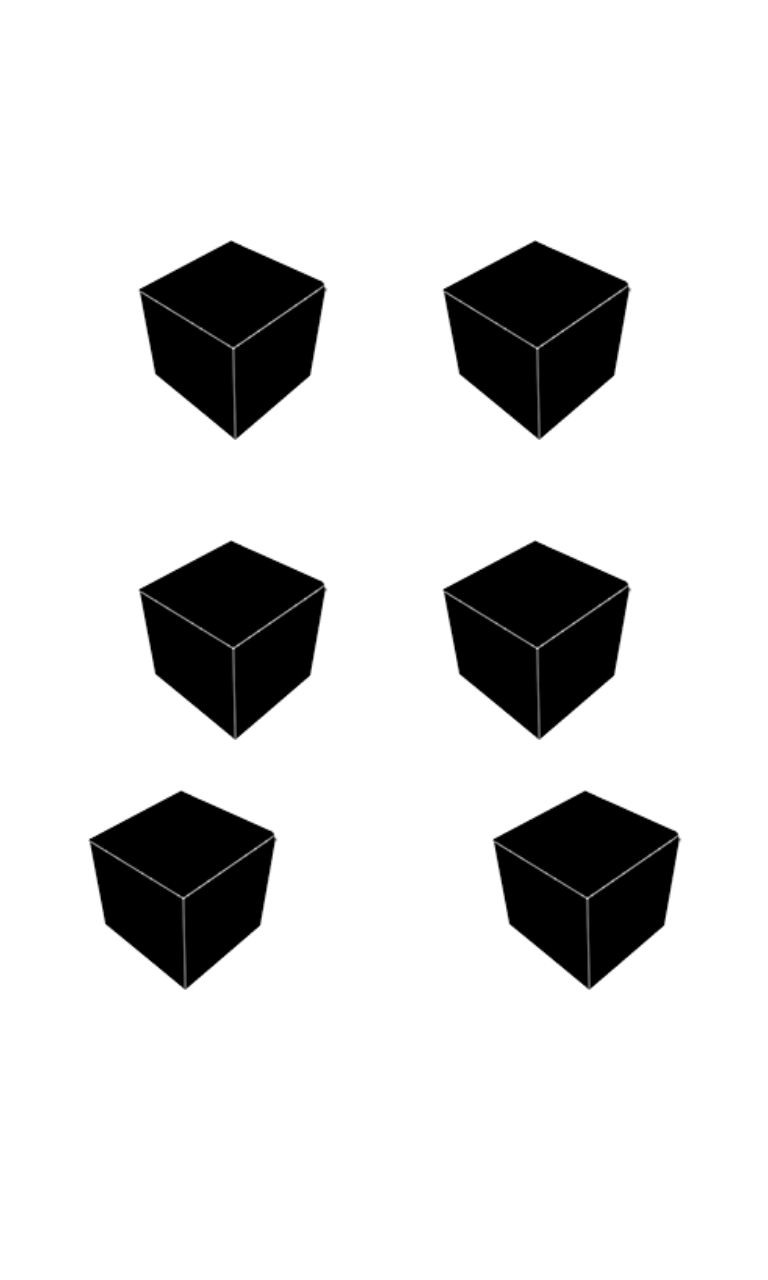
Repository: DSKarramba/university
Layout: models_and_methods_ICS/lab_01/code/calc/res/layout/activity_main.xml
These files come from the project's save history. The layout is drawn as it stood at one moment and after the next save; the edit follows.
It is drawn on a 768 x 1280 px phone screen (xhdpi) without system bars, with theme AppTheme; the app's code is not run.

Above is the layout before, as saved 2014-12-11 03:42:51.

After the next save:
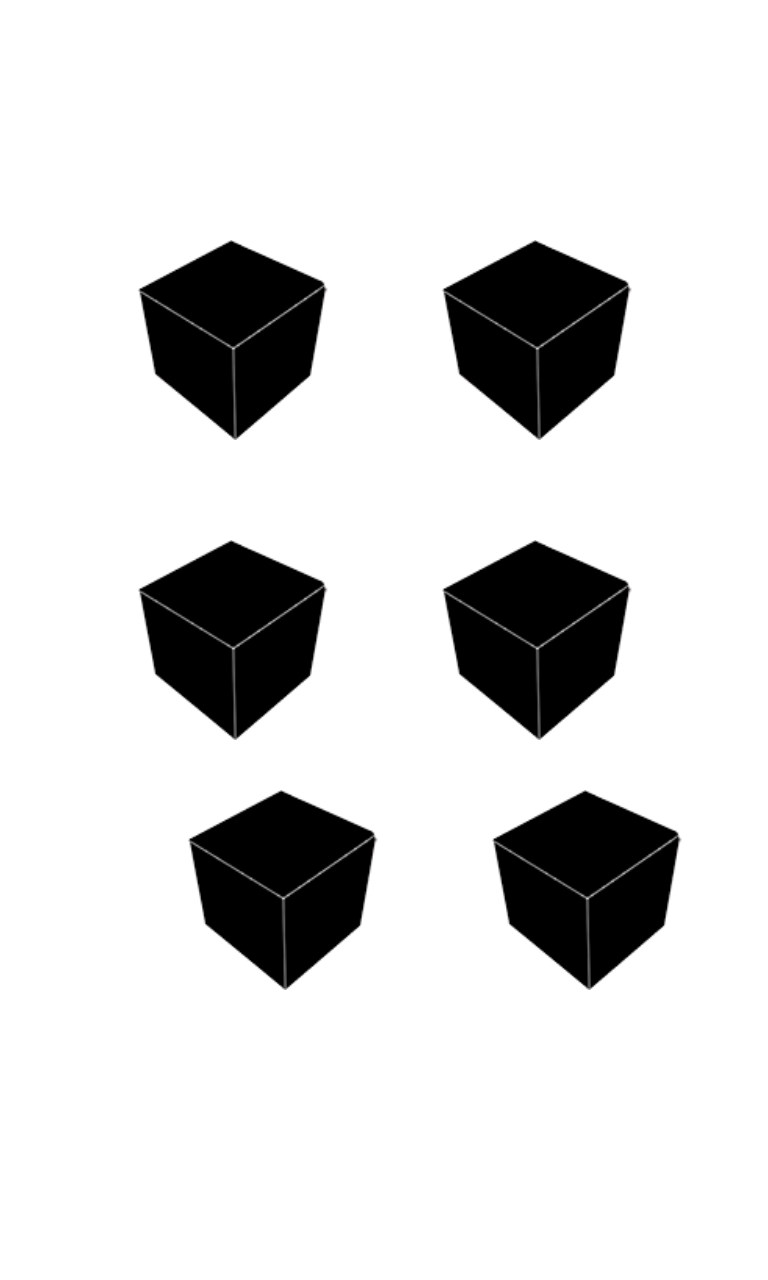
Saved 21 s later.
--- a/models_and_methods_ICS/lab_01/code/calc/res/layout/activity_main.xml
+++ b/models_and_methods_ICS/lab_01/code/calc/res/layout/activity_main.xml
@@ -61,7 +61,7 @@
         android:id="@+id/img5"
         android:layout_width="100dp"
         android:layout_height="100dp"
-        android:layout_alignParentLeft="true"
+        android:layout_alignLeft="@+id/img3"
         android:layout_below="@+id/img3"
         android:layout_marginLeft="25dp"
         android:layout_marginTop="25dp"
